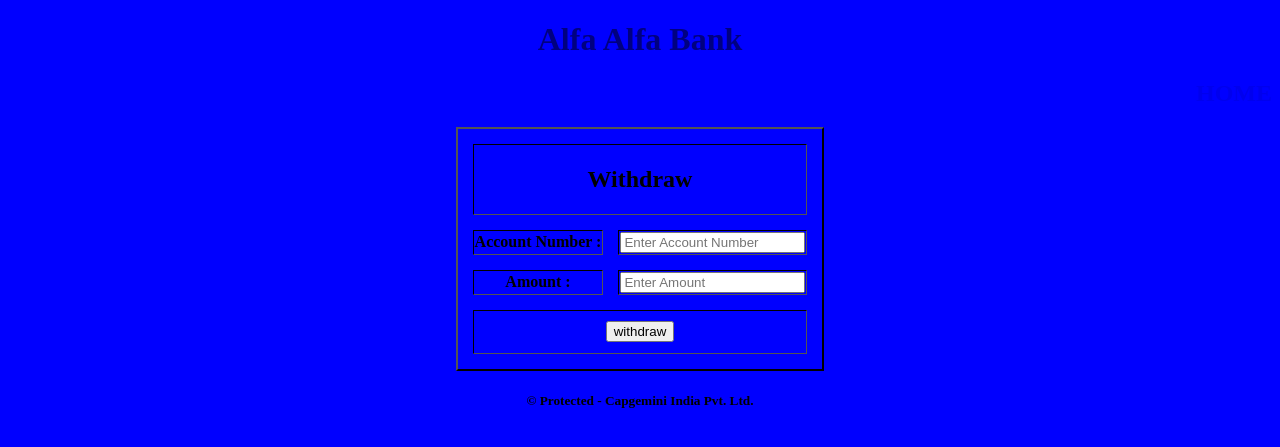
Repository: Rccalfa123/OnlineBankingApp
Page: http://localhost/AlfaAlfaBankApp/withdrawForm.jsp
The author's editor kept a copy of each file at every save. The page is drawn from the files as they stood at one save, then again after the next save.
The browser window is 1280 px wide. The pictures show the whole page.
The page is served by Tomcat 9.

Above is the page before, as saved 2018-08-13 15:27:18.

After the next save:
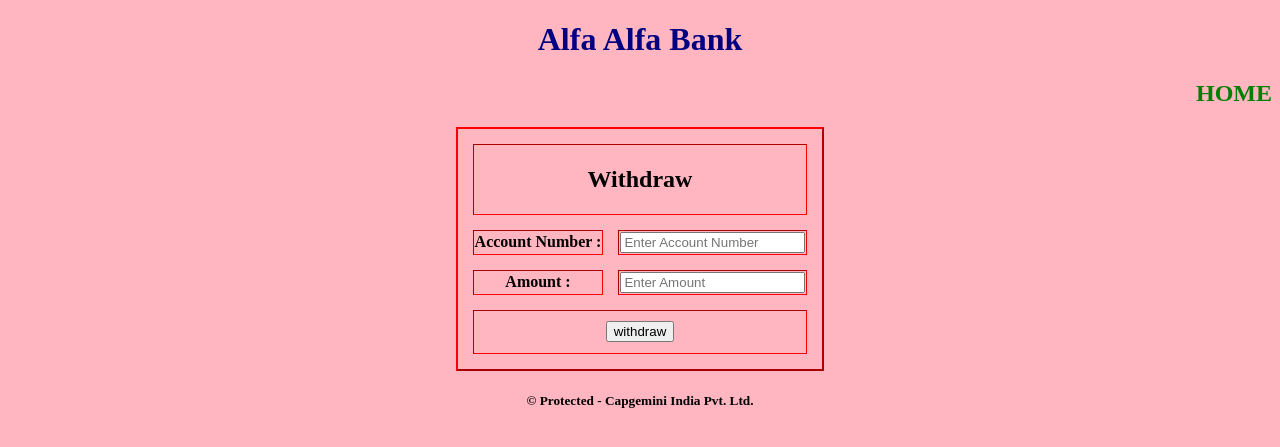
Saved 22 s later.
--- a/AlfaAlfaBankApp/WebContent/mystyle.css
+++ b/AlfaAlfaBankApp/WebContent/mystyle.css
@@ -1,7 +1,7 @@
 @charset "ISO-8859-1";
 
 body {
-    background-color: blue;
+    background-color: lightpink;
 }
 
 h1 {
@@ -15,11 +15,12 @@
 }
 
 table {
-	border-color: Black;
+	border-color: red;
 	border-right: 2px 2px 2px 2px ;
 
 }
 
 a{
 	text-decoration: none;
+	color: green;
 }

After the save that followed:
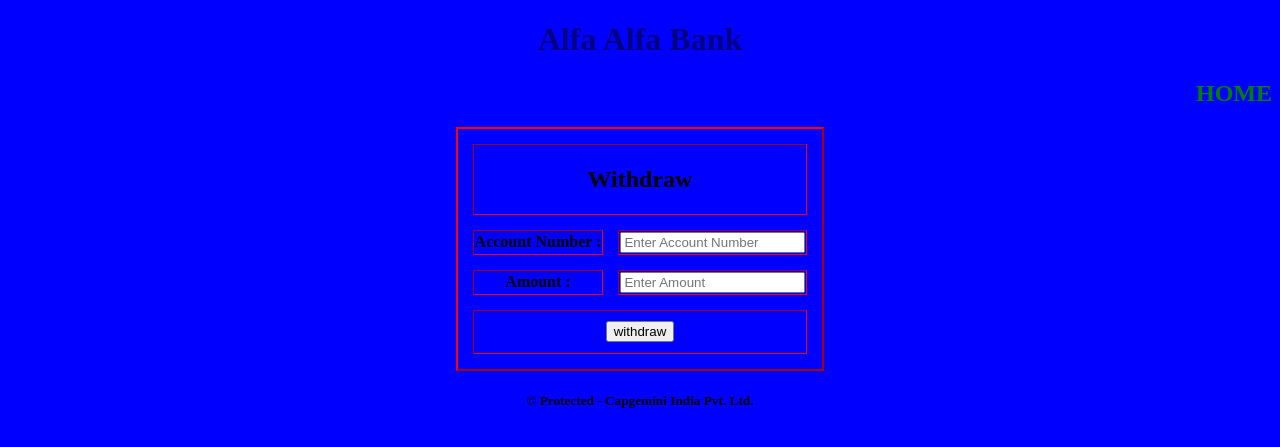
Saved 6 min 42 s later.
--- a/AlfaAlfaBankApp/WebContent/mystyle.css
+++ b/AlfaAlfaBankApp/WebContent/mystyle.css
@@ -1,7 +1,7 @@
 @charset "ISO-8859-1";
 
 body {
-    background-color: lightpink;
+    background-color: blue;
 }
 
 h1 {
